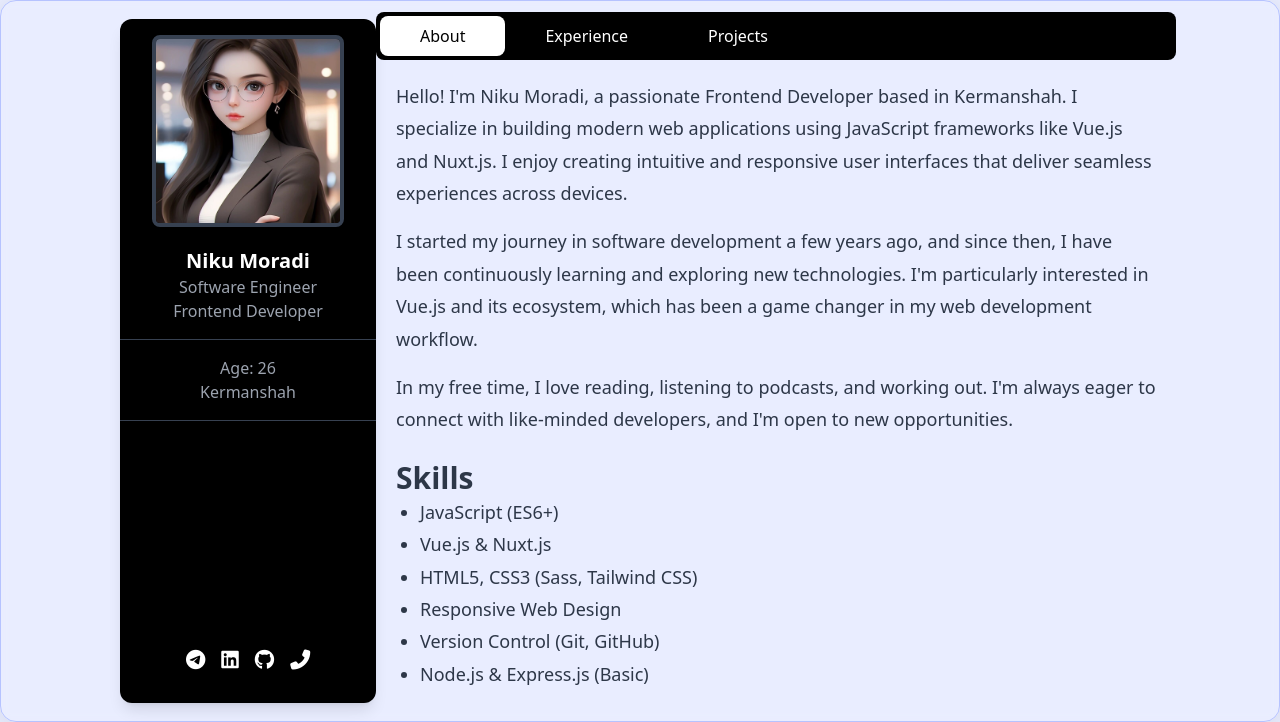
Repository: NikuMoradi/niku-moradi
Page: /About
The author's editor kept a copy of each file at every save. The page is drawn from the files as they stood at one save, then again after the next save.
The browser window is 1280 px wide. The pictures show the whole page.
The project was rebuilt for these pictures with package versions that can differ from the ones it lists, and the page was loaded fresh each time. The framework's server and built-in components were replaced by stand-ins that run in the browser. Also part of the build but not shown: nuxt.config.ts, components/Blog Posts/Component-Design.vue, components/Blog.vue, components/Contact.vue, components/Education.vue, components/Experience.vue, components/Hero.vue, components/MyPage.vue and 3 more.

Above is the page before, as saved 2024-11-28 16:43:56.

After the next save:
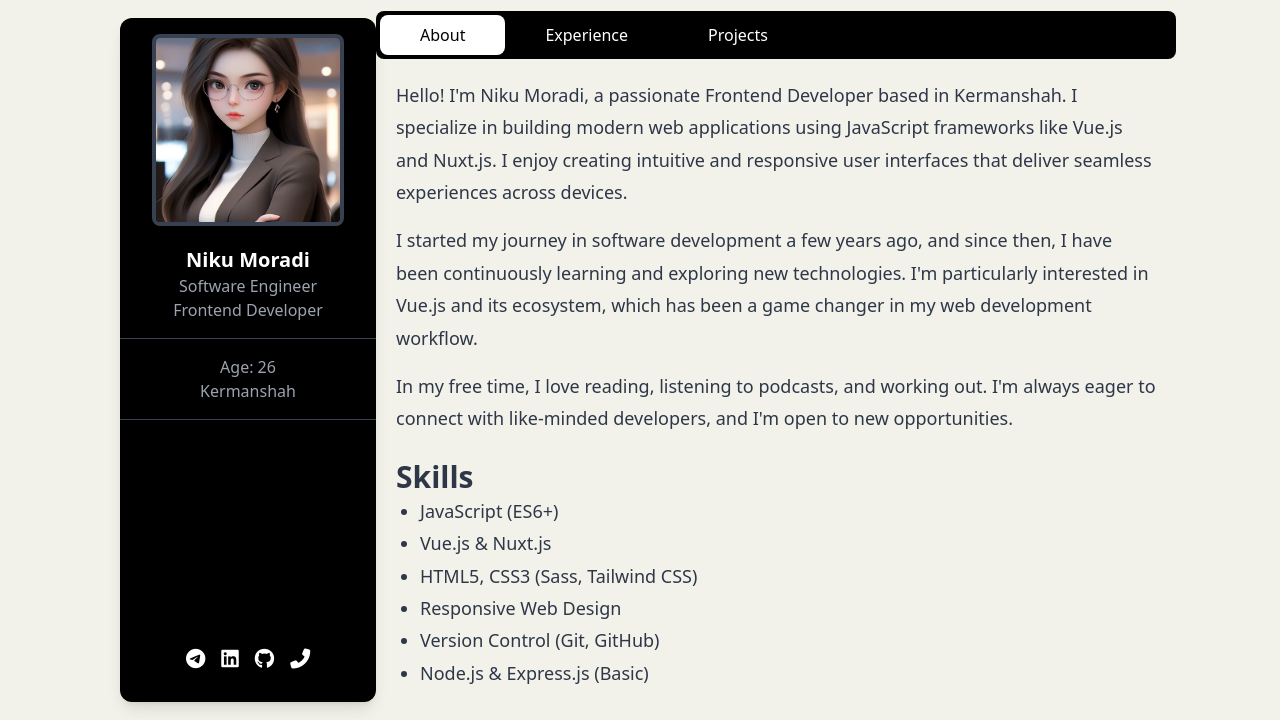
Saved 2 min 49 s later.
--- a/assets/css/main.css
+++ b/assets/css/main.css
@@ -4,10 +4,5 @@
 
 body {
   /* From https://css.glass */
-  background: rgba(126, 149, 255, 0.17);
-  border-radius: 16px;
-  box-shadow: 0 4px 30px rgba(0, 0, 0, 0.1);
-  backdrop-filter: blur(4.7px);
-  -webkit-backdrop-filter: blur(4.7px);
-  border: 1px solid rgba(126, 149, 255, 0.47);
+  background: #f2f2ea;
 }
